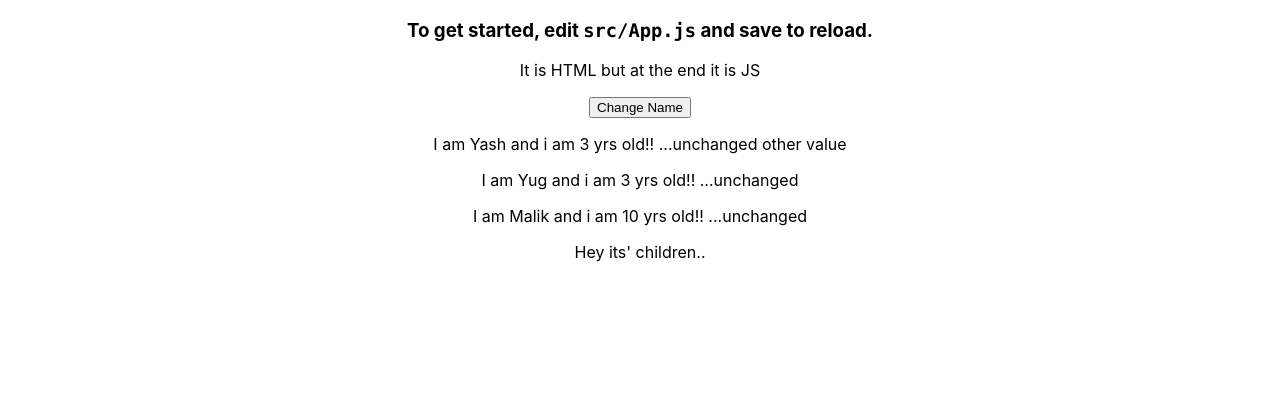
Repository: RohitMalik2/Rohit_react
Page: /
An editor plug-in stored every save of this project. The page is shown before and after the next save, followed by the edit.
The browser window is 1280 px wide. The pictures show the whole page.
The project was rebuilt for these pictures with package versions that can differ from the ones it lists, and the page was loaded fresh each time.

Above is the page before, as saved 2019-10-24 21:53:49.

### src/App.js
import React, { useState } from 'react';
import './App.css';
import Person from './Person/Person';

const app = (props) => {

  const [personsState, setPersonsState] = useState({
    persons: [
      { name: 'Yash', age: 3 },
      { name: 'Yug', age: 3 }
    ],
    otherState: 'other value'
  });

  const [otherState, setOtherState] = useState('other value');
  console.log(personsState, otherState)

  const changeNameHandler = (newName) => {
    console.log('name changed');
    setPersonsState({
      persons: [
        { name: newName, age: 3 },
        { name: 'Yug', age: 3 }
      ]/* ,
      otherState: personsState.otherState */
    });
  }

  const inputHandler = (event) => {
    setPersonsState({
      persons: [
        { name: event.target.value, age: 3 },
        { name: 'Yug', age: 3 }
      ]/* ,
      otherState: personsState.otherState */
    });
  }

  return (
    <div className="App">
      <h3>
        To get started, edit <code>src/App.js</code> and save to reload.
        </h3>
      <p> It is HTML but at the end it is JS</p>
      <button onClick={changeNameHandler.bind(this, 'Malik')}>Change Name</button>
      <Person changed={inputHandler} click={changeNameHandler.bind(this, 'Rohit')} name={personsState.persons[0].name} age={personsState.persons[0].age} other={personsState.otherState} />
      <Person name={personsState.persons[1].name} age={personsState.persons[1].age} />
      <Person name="Malik" age="10">Hey its' children..</Person>
    </div>
  );
  /* return React.createElement('div', {className: 'App'}, React.createElement('h1', null, "Hey whts..up")); */
}

export default app;

/* state = {
  persons: [
    { name: 'Yash', age: 3 },
    { name: 'Yug', age: 3 }
  ],
  otherState: 'other value'
}

changeNameHandler = () => {
  console.log('name changed');
  this.setState({
   persons: [
      { name: 'Joravar', age: 3 },
      { name: 'Yug', age: 3 }
    ]
  });
} */

### src/Person/Person.js
import React from 'react'; // We need to import react bcz below JSX is converted
// to React element by React only

const person = (props) => {
    return (
       <div>
       <p onClick={props.click}>I am {props.name}  and i am {props.age} yrs old!! ...unchanged {props.other}</p>
        <p>{props.children}</p>
       </div>
    );
}
export default person;

Loaded but not shown: public/index.html (common file); src/index.js (common file); src/index.css (common file); src/serviceWorker.js (common file); src/App.css (common file)

After the next save:
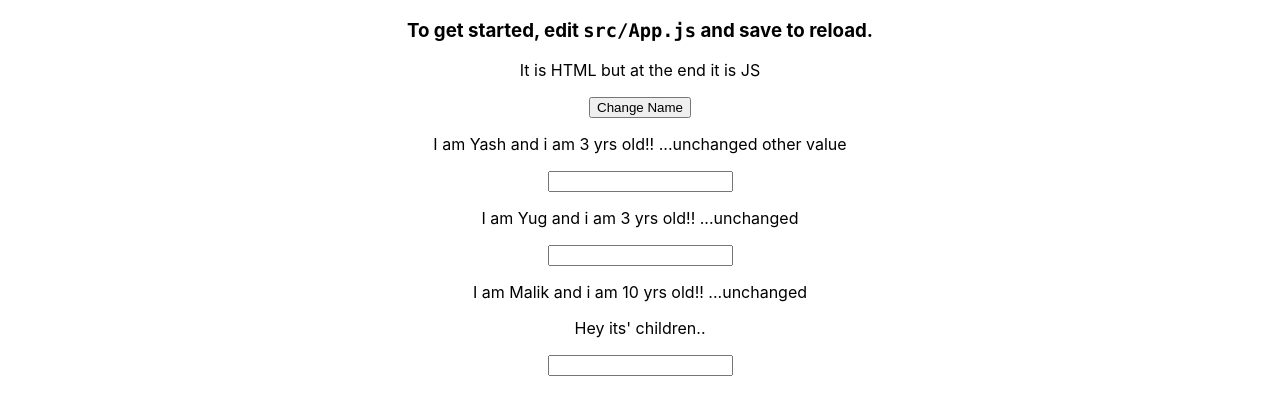
Saved 3 s later.
--- a/src/Person/Person.js
+++ b/src/Person/Person.js
@@ -6,6 +6,7 @@ const person = (props) => {
        <div>
        <p onClick={props.click}>I am {props.name}  and i am {props.age} yrs old!! ...unchanged {props.other}</p>
         <p>{props.children}</p>
+        <input type='text' onChange={props.changed}/>
        </div>
     );
 }
